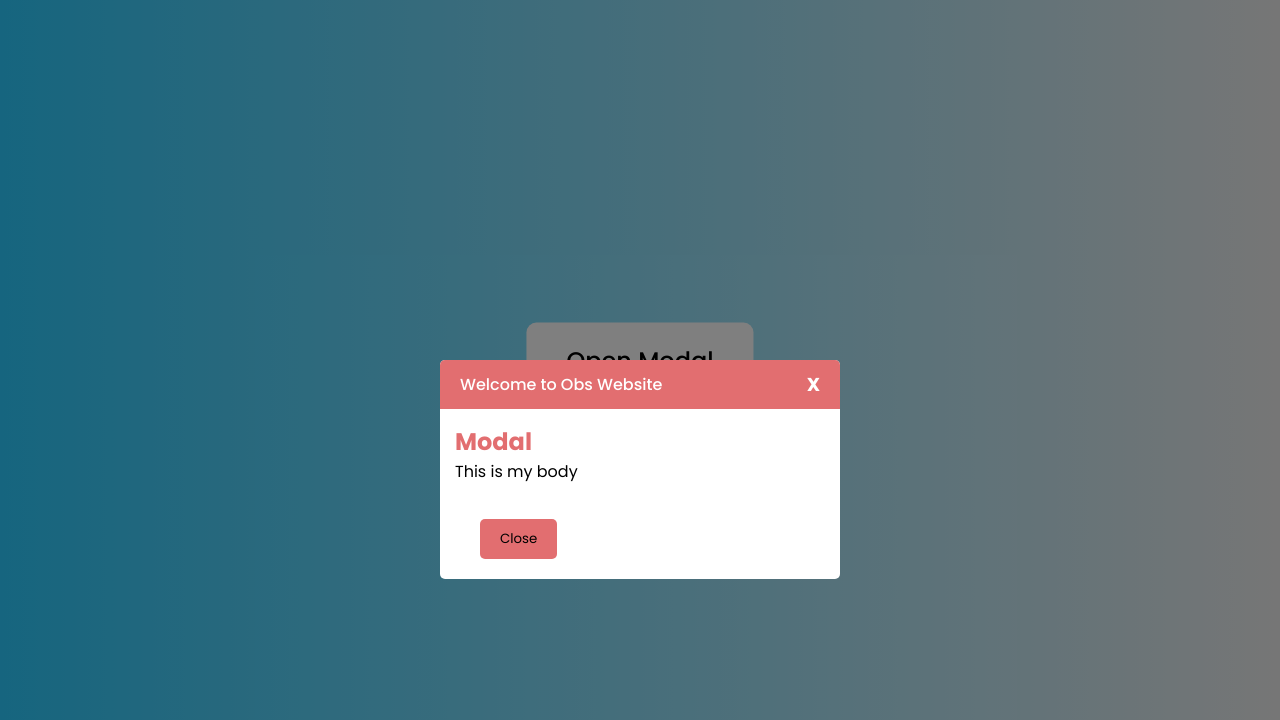
Repository: lausamtuong/Modal_card
Page: index.html
The author's editor kept a copy of each file at every save. The page is drawn from the files as they stood at one save, then again after the next save.
The browser window is 1280 px wide. The pictures show the whole page.
The style sheet was rebuilt from its Sass, Less or Tailwind sources for each picture, by a compiler version that may differ from the author's.

Above is the page before, as saved 2021-12-15 07:02:45.

### index.html
<!DOCTYPE html>
<html lang="en">
<head>
    <meta charset="UTF-8">
    <meta http-equiv="X-UA-Compatible" content="IE=edge">
    <meta name="viewport" content="width=device-width, initial-scale=1.0">
    <link rel="stylesheet" href="style.css">
    <link href="https://fonts.googleapis.com/css2?family=Poppins:wght@400;500;700&display=swap" rel="stylesheet">
    <title>Document</title>
</head>
<body>
    <button class="open__btn">Open Modal</button>
    <div class="modal">
        <div class="modal__inner">
            <div class="modal__header">
                <p>Welcome to Obs Website</p>
                <h3>X</h3>
            </div>
            <div class="modal__body">
                <h2>Modal</h2>
                <p>This is my body</p>
            </div>
            <div class="modal__footer">
                <button class="modal__close-btn">Close</button>
            </div>
        </div>
    </div>
</body>
</html>

### style.scss
*{
    margin: 0;
    padding: 0;
    box-sizing: border-box;
    font-family: 'Poppins', sans-serif;
}
:root{
    --primary-color:#e26e70;
}
body{
    height: 100vh;
    background:  linear-gradient( to right,#2cccff ,#eee );;
}
.open__btn{
     position: relative;;
   top:50%;
   left:50%;
   transform: translate(-50%,-50%);
   outline: none;
   border: none;
   padding : 20px 40px;
   font-weight: 500;
   font-size: 1.5rem;
   border-radius: 10px;
   background-color:#fff;
   &:hover{
      opacity: 0.7;
       cursor: pointer;
       transition: 0.5s;
   }
}
.modal{
    background-color: rgba(0,0,0,0.5);
    position:fixed;
    top:0;
    height: 100vh;
    width:100vw;
    &__inner{
        position:relative;
        width:400px;
        top:50%;
        margin : auto;
        background-color: #fff;
        border-radius: 5px;
        overflow:hidden;
    }
    &__header{
        display: flex;
        justify-content: space-between;
        align-items: center;
        background-color:var(--primary-color);
        padding:10px 20px;
        font-weight: 500;
        font-size: 1rem;
        color:#fff;
    }
    &__body{
        h2{
            color:var(--primary-color);
            font-weight: 700;
            font-size: 1.5rem;
            padding: 15px 15px 0 15px;
        }
        p{
            padding :0 15px 15px 15px;
        }

    }
    &__footer{
        button{
        position:relative;
        outline: none;
        border: none;
        background-color: var(--primary-color);
        padding:10px 20px;
        margin: 20px;
        border-radius: 5px;
        left:20px;
        }
    }
}

After the next save:
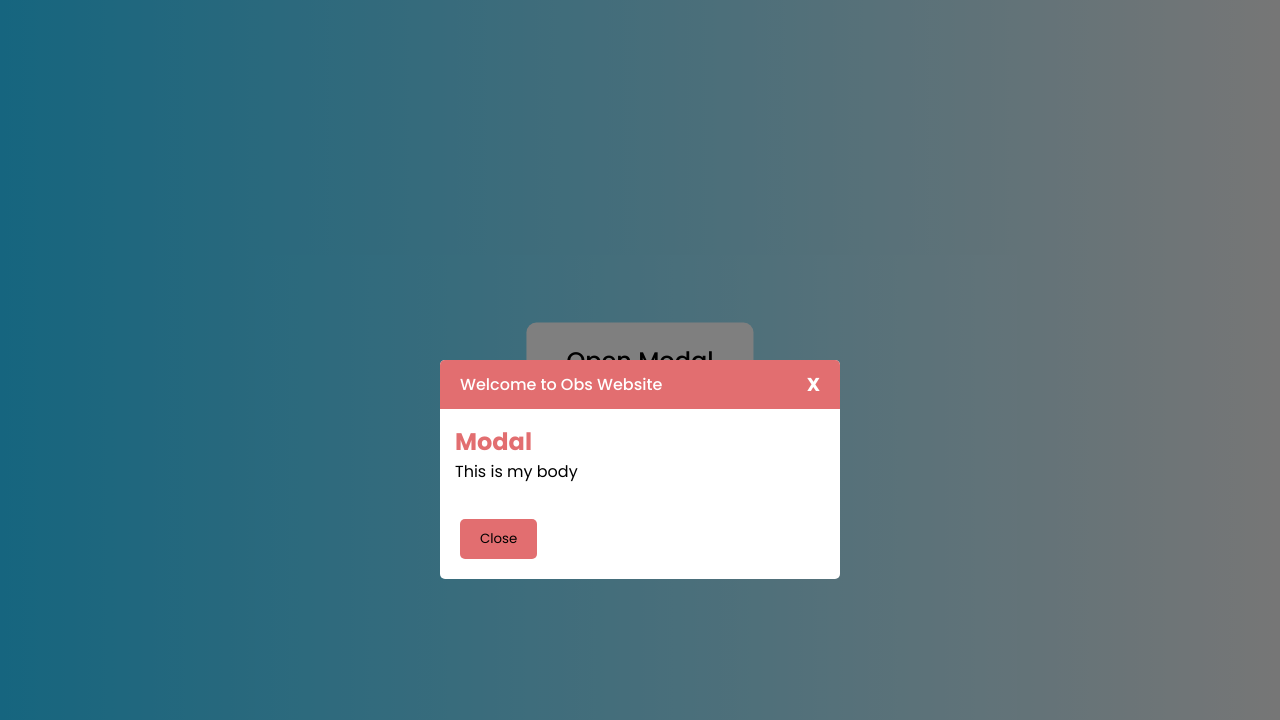
Saved 4 s later.
--- a/style.scss
+++ b/style.scss
@@ -75,7 +75,7 @@ body{
         padding:10px 20px;
         margin: 20px;
         border-radius: 5px;
-        left:20px;
+        right:0;
         }
     }
 }
